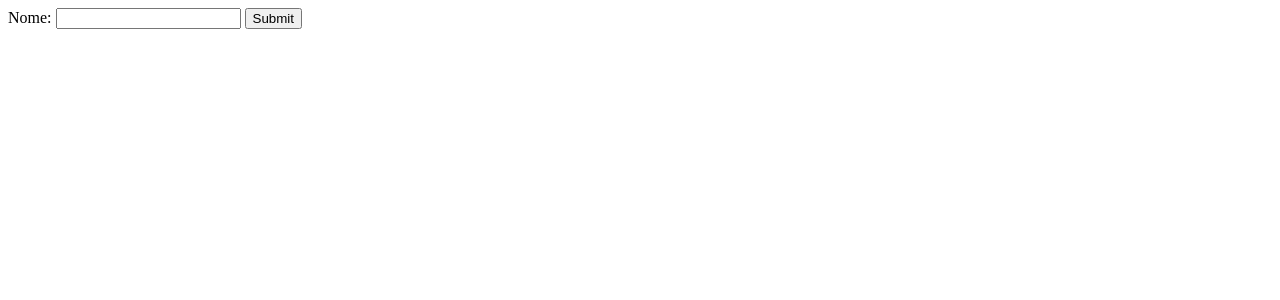
Repository: CaioEduardoMouta/Spring-Boot-Alura
Page: http://localhost/gerenciador/FormaNovaEmpresa.jsp
The author's editor kept a copy of each file at every save. The page is drawn from the files as they stood at one save, then again after the next save.
The browser window is 1280 px wide. The pictures show the whole page.
The page is served by Tomcat 9. Nobody is signed in. The application's start-up code is not run.

Above is the page before, as saved 2021-12-27 00:54:17.

After the next save:
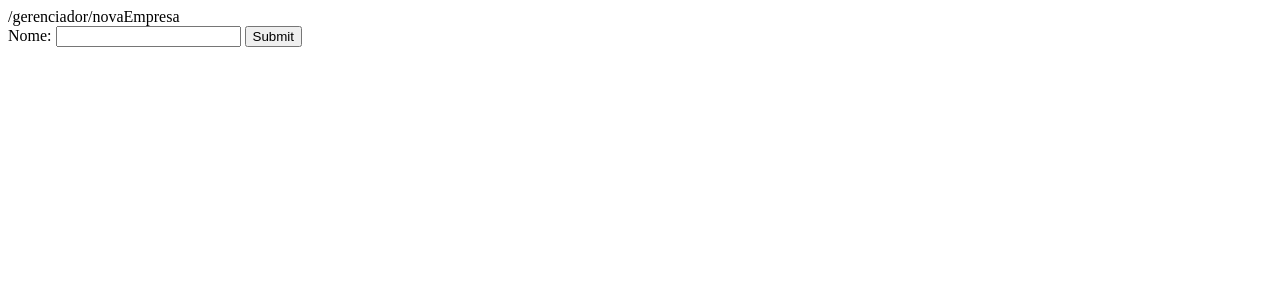
Saved 2 min 14 s later.
--- a/gerenciador/src/main/webapp/FormaNovaEmpresa.jsp
+++ b/gerenciador/src/main/webapp/FormaNovaEmpresa.jsp
@@ -7,6 +7,7 @@
 </head>
 <body>
 
+<c:url value="/novaEmpresa"/>
 
 	<form action="/gerenciador/novaEmpresa" method="POST">
 

After the save that followed:
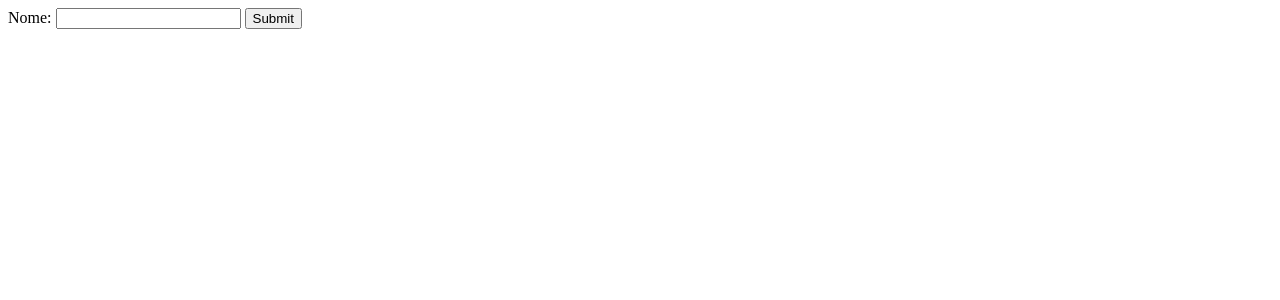
Saved 75 s later.
--- a/gerenciador/src/main/webapp/FormaNovaEmpresa.jsp
+++ b/gerenciador/src/main/webapp/FormaNovaEmpresa.jsp
@@ -7,9 +7,8 @@
 </head>
 <body>
 
-<c:url value="/novaEmpresa"/>
 
-	<form action="/gerenciador/novaEmpresa" method="POST">
+	<form action="<c:url value="/novaEmpresa"/>" method="POST">
 
 		Nome: <input type="text" name="nome" >
 
